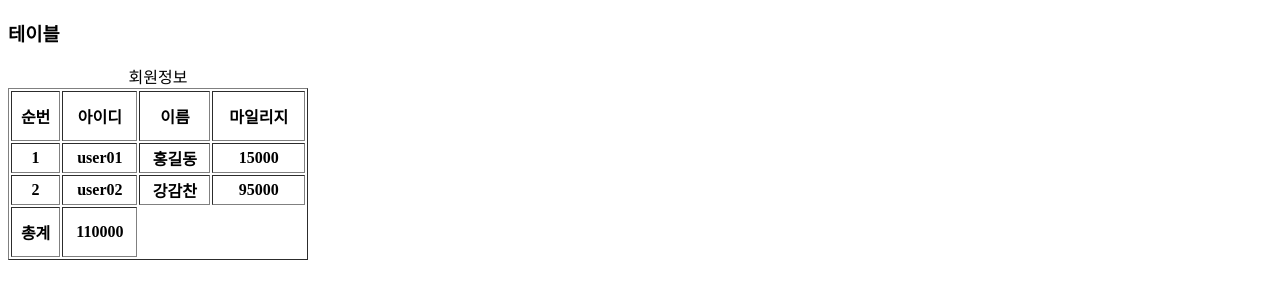
Repository: helloJunejun/WorkSpace_WebUi
Page: 0.2html_form_table/src/main/webapp/sample_table.html
The author's editor kept a copy of each file at every save. The page is drawn from the files as they stood at one save, then again after the next save.
The browser window is 1280 px wide. The pictures show the whole page.

Above is the page before, as saved 2021-06-24 01:21:03.

After the next save:
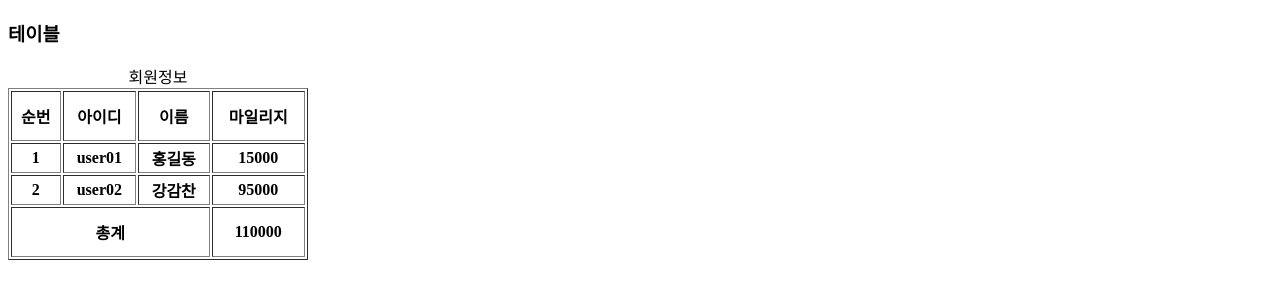
Saved 2 min 35 s later.
--- a/0.2html_form_table/src/main/webapp/sample_table.html
+++ b/0.2html_form_table/src/main/webapp/sample_table.html
@@ -30,7 +30,7 @@
 	</tr>
 
 	<tr height="50px">
-		<th>총계</th>
+		<th colspan="3">총계</th>
 		<th>110000</th>
 	</tr>
 </table>
